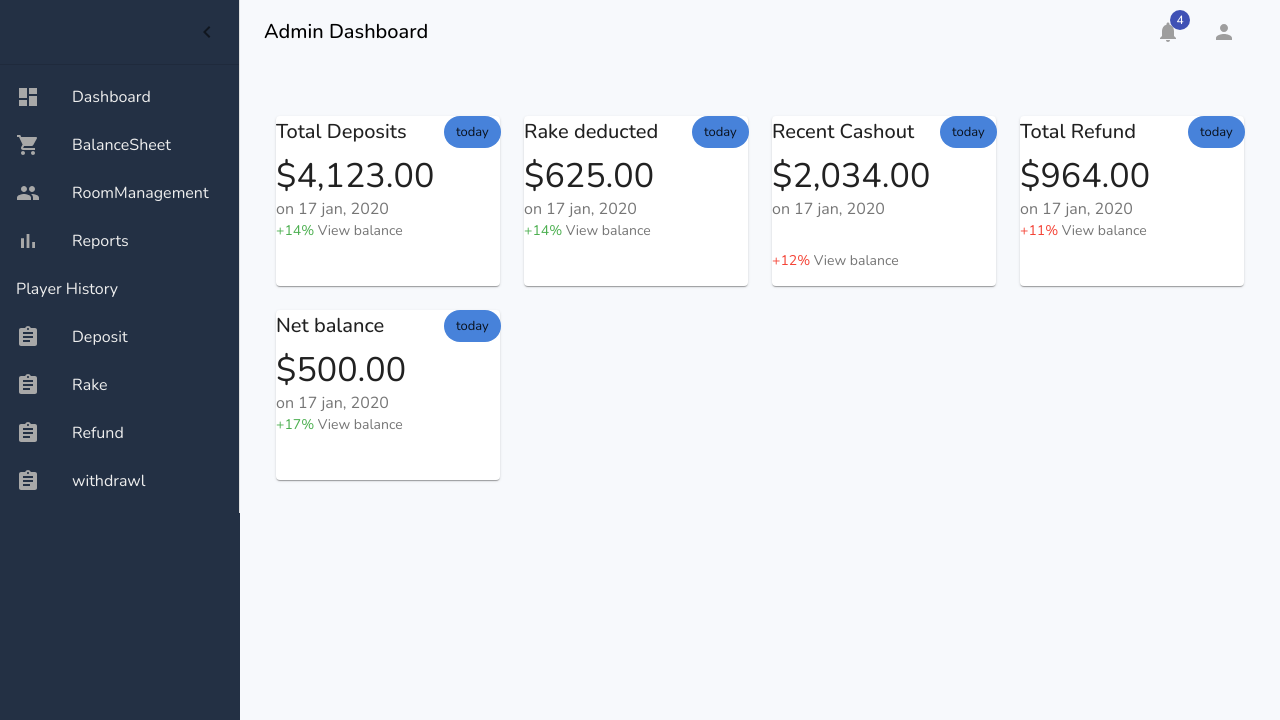
Repository: imayankbisht/ludofrontend
Page: /BalanceSheet
These files come from the project's save history. The page is drawn as it stood at one moment and after the next save; the edit follows.
The browser window is 1280 px wide. The pictures show the whole page.
The project was rebuilt for these pictures with package versions that can differ from the ones it lists, and the page was loaded fresh each time. Also part of the build but not shown: src/Components/UserControl.js, src/services/apiCall.js, src/Components/UserTable.js, src/Components/UserManagement.js, src/axios.js, src/Components/login.js, src/Components/UserForm.js, src/Components/EditForm.js.

Above is the page before, as saved 2021-01-20 14:22:20.

After the next save:
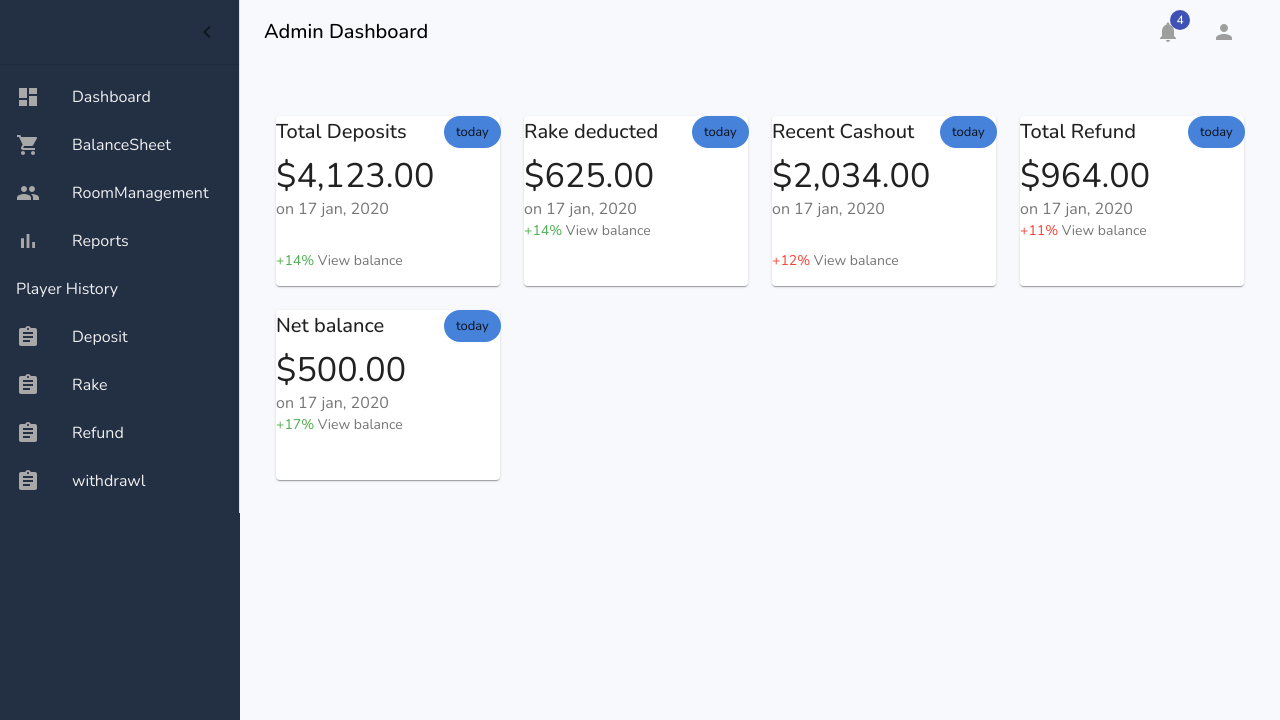
Saved 27 s later.
--- a/src/Components/Cards/Deposits.js
+++ b/src/Components/Cards/Deposits.js
@@ -35,7 +35,7 @@ export default function Deposits() {
       <Typography color="textSecondary" className={classes.depositContext}>
       on 17 jan, 2020
       </Typography>
-      <div>
+      <div style={{marginTop:'30px'}}>
         <Link color="textSecondary" href="#" onClick={preventDefault}>
         <span style={{color:"#4caf50"}}> +14%</span>  View balance
         </Link>
